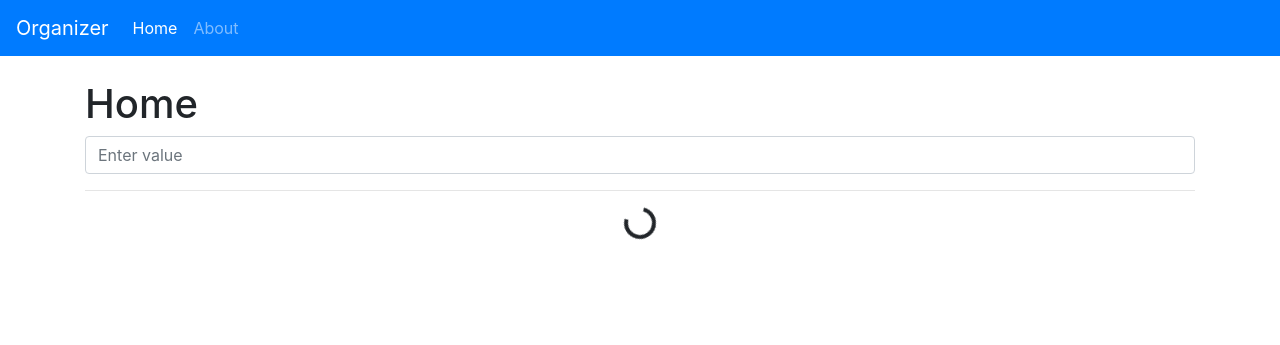
Repository: GregorPiev/orginizer-react-advanced
Page: /
An editor plug-in stored every save of this project. The page is shown before and after the next save, followed by the edit.
The browser window is 1280 px wide. The pictures show the whole page.
The page's requests for data from a server got no answer. The project was rebuilt for these pictures with package versions that can differ from the ones it lists, and the page was loaded fresh each time. No one was signed in, and anything a server would have sent is missing. Also part of the build but not shown: src/components/ComponentsStyle.scss, src/pages/Home/Home.scss, src/pages/About/About.scss, src/pages/About/About.js.

Above is the page before, as saved 2020-08-27 10:42:40.

After the next save:
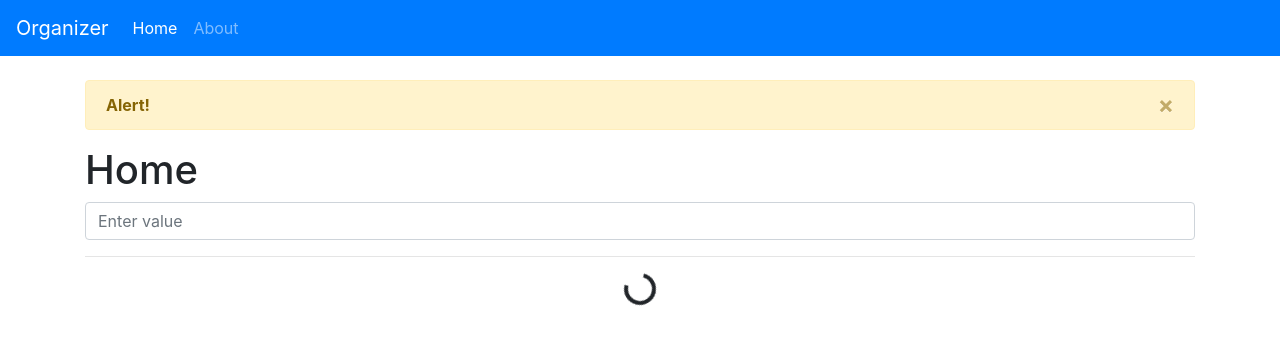
Saved 7 s later.
--- a/src/components/Alert.js
+++ b/src/components/Alert.js
@@ -5,9 +5,9 @@
 export const Alert = () => {
     const { alert, hide } = useContext(AlertContext);
 
-    if (!alert.visible) {
-        return null;
-    }
+    /*  if (!alert.visible) {
+         return null;
+     } */
     return (
         <CSSTransition
             in={alert.visible}

After the 2 saves that followed:
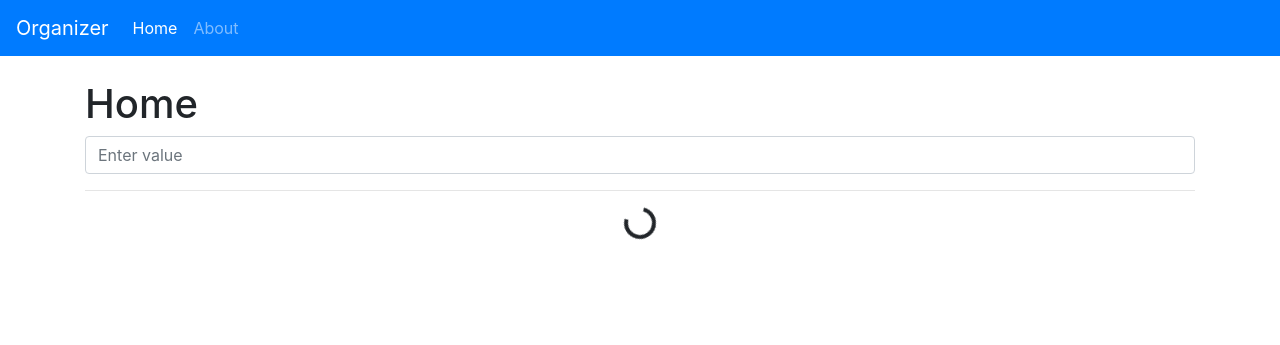
The 2 saves are shown as one change because 1 left the picture as it was.
The last was saved 115 s later.
--- a/src/context/firebase/firebaseReducer.js
+++ b/src/context/firebase/firebaseReducer.js
@@ -1,4 +1,4 @@
-import React from 'react';
+// import React from 'react';
 import { SHOW_LOADER, ADD_NOTE, FETCH_NOTES, REMOVE_NOTE } from '../type';
 
 const handlers = {
--- a/src/components/Alert.js
+++ b/src/components/Alert.js
@@ -5,9 +5,9 @@
 export const Alert = () => {
     const { alert, hide } = useContext(AlertContext);
 
-    /*  if (!alert.visible) {
-         return null;
-     } */
+    if (!alert.visible) {
+        return null;
+    }
     return (
         <CSSTransition
             in={alert.visible}
